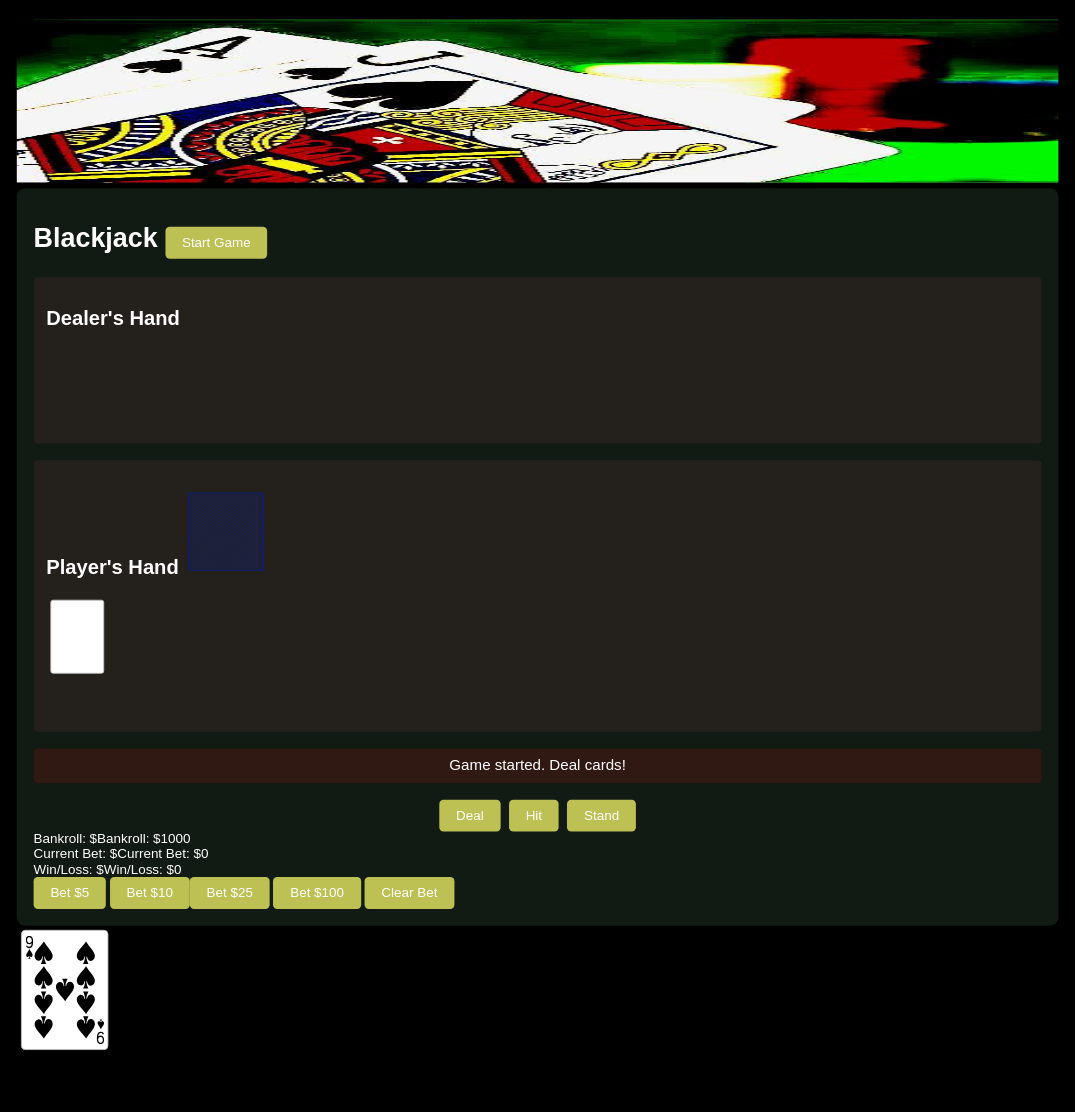
Repository: fahad7252/project-1-blackjack
Page: index.html
The author's editor kept a copy of each file at every save. The page is drawn from the files as they stood at one save, then again after the next save.
The browser window is 1280 px wide. The pictures show the whole page, at 84% of full size.
After loading, the first visible `#hit-button` was clicked once.

Above is the page before, as saved 2024-12-04 14:41:31.

After the next save:
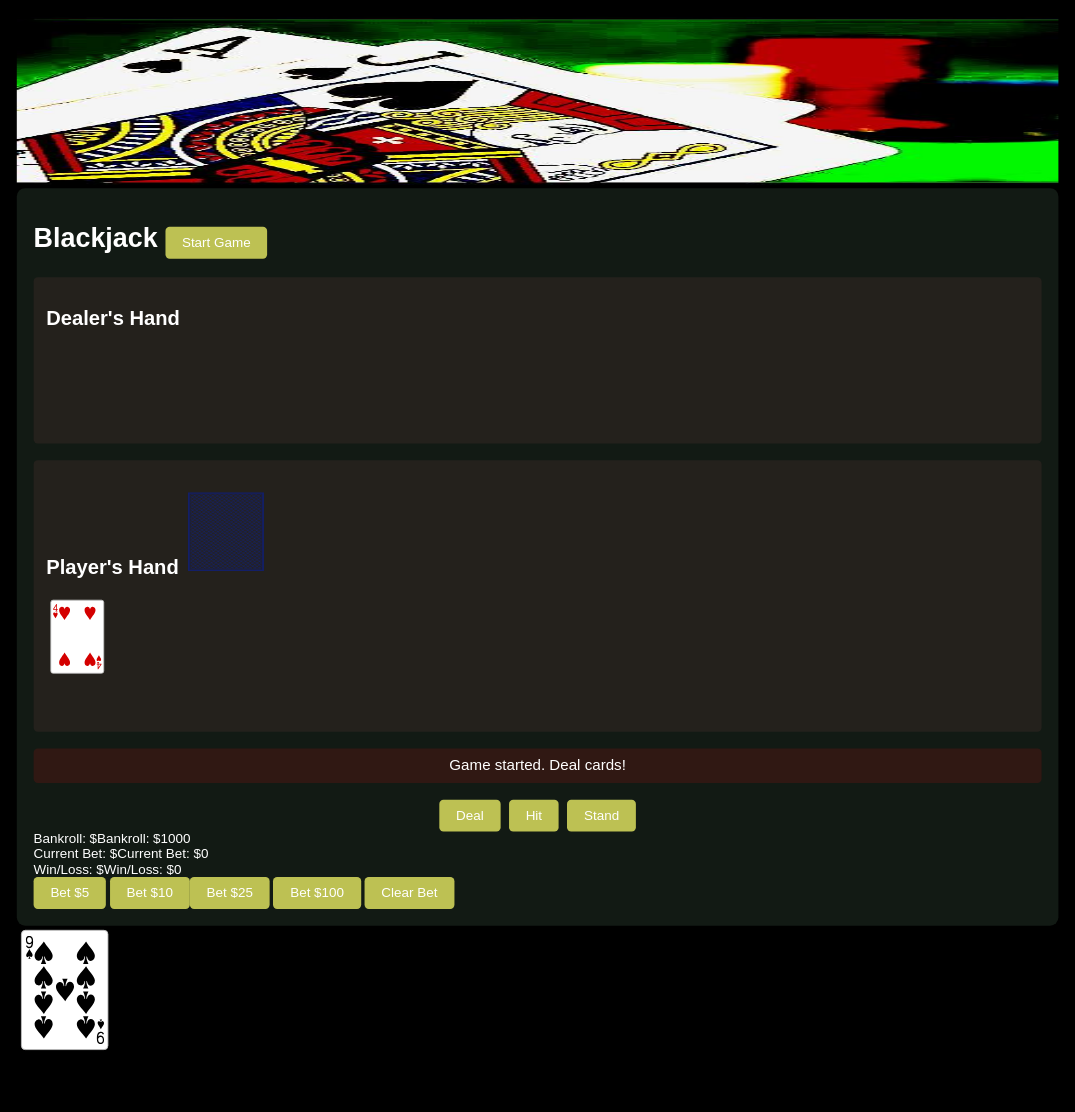
Saved 2 min 6 s later.
--- a/js/main.js
+++ b/js/main.js
@@ -117,24 +117,28 @@
     if (gameState === "playing" && index === 1) {
       cardElement.className = "card back";
     } else {
-      let value = card.value;
-      if (value === "10") value = "r10";
-      else if (["2", "3", "4", "5", "6", "7", "8", "9"].includes(value))
-        value = "r0" + value;
-      cardElement.className = `card ${card.suit}${value}`;
+      cardElement.className = formatCardClass(card);
     }
     dealerHandElement.appendChild(cardElement);
   });
 
   playerHand.forEach((card) => {
     const cardElement = document.createElement("div");
-    let value = card.value;
-    if (value === "10") value = "r10";
-    else if (["2", "3", "4", "5", "6", "7", "8", "9"].includes(value))
-      value = "r0" + value;
-    cardElement.className = `card ${card.suit}${value}`;
+    cardElement.className = formatCardClass(card);
     playerHandElement.appendChild(cardElement);
   });
+}
+
+function formatCardClass(card) {
+  const suitMap = { s: "spades", h: "hearts", d: "diamonds", c: "clubs" };
+  let value = card.value;
+
+  // Format numbers correctly
+  if (["2", "3", "4", "5", "6", "7", "8", "9", "10"].includes(value)) {
+    value = "r" + (value.length === 1 ? "0" : "") + value;
+  }
+
+  return `card ${suitMap[card.suit]} ${value}`;
 }
 ///////
 
